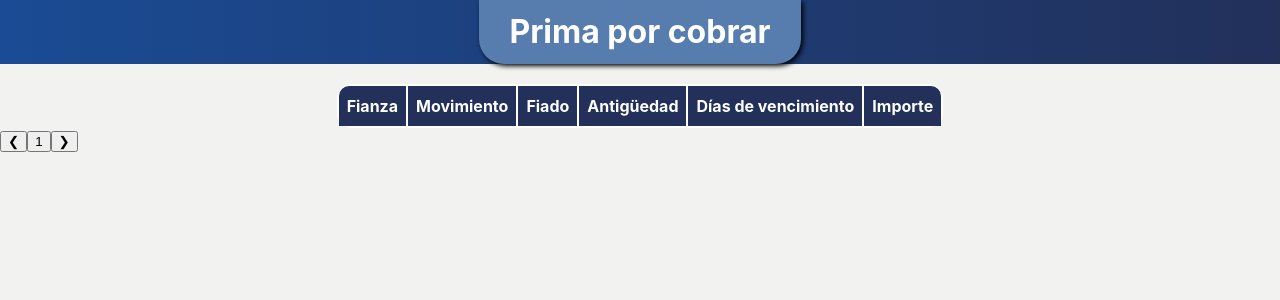
Repository: PCGP22/prueba-t-cnica-liberty-finanzas
Page: / (app in Prueba técnica full-stack/client/)
These files come from the project's save history. The page is drawn as it stood at one moment and after the next save; the edit follows.
The browser window is 1280 px wide. The pictures show the whole page.
The page's requests for data from a server got no answer. The project was rebuilt for these pictures with package versions that can differ from the ones it lists, and the page was loaded fresh each time. No one was signed in, and anything a server would have sent is missing. Also part of the build but not shown: Prueba técnica full-stack/client/vite.config.js, Prueba técnica full-stack/client/src/components/Card.jsx, Prueba técnica full-stack/client/src/components/CardsContainer.jsx, Prueba técnica full-stack/client/src/components/Filters.jsx.

Above is the page before, as saved 2023-11-14 08:14:59.

### Prueba técnica full-stack/client/src/App.jsx
import { dataContext } from "./context/dataContext";
import Table from "./components/Table";
import { useEffect, useReducer } from "react";
import Pagination from "./components/pagination";
import reducer from "./hooks/Reducer";
import Header from "./components/Header";

function App() {
  let url = "http://localhost:5000/primas";
  const initialState = {
    backupData: {},
    data: {},
    dataToShow: {},
    currentPage: 1,
    maxPages: 1,
    contentPerPage: 8,
  };

  const [state, dispatch] = useReducer(reducer, initialState);
  useEffect(() => {
    fetch(url)
      .then((res) => res.json())
      .then((data) => dispatch({ type: "initialize", payload: data.primas }));
  }, [url]);

  return (
    <dataContext.Provider value={[state, dispatch]}>
      <Header />
      <Table />
      <Pagination />
    </dataContext.Provider>
  );
}

export default App;

### Prueba técnica full-stack/client/src/index.css
:root {
  font-family: Inter, system-ui, Avenir, Helvetica, Arial, sans-serif;
  line-height: 1.5;
  font-weight: 400;
  --background-color: #f2f2f1;
  --darkest-blue: #22305a;
  --blue: #1a4b94;
  --light-blue: #577dae;
  --lightest-blue: #9fbde4;
  --status-red: #de7878;
  --status-yellow: #f6c476;
  --status-green: #8fc475;
  --icon-red: #b93d3d;
  --icon-green: #6cb85d;
  --text-blue: #3a689d;
  --text-red:  #af2e2c;
  --box-shadow: black 2px 2px 5px;
}
body, h1{
  margin: 0;
  padding: 0;
}
body{
  background-color:var(--background-color);
}
header{
  display: flex;
  flex-direction: column;
  align-items: center;
}
h1{
  display: inline-block;
  padding: 8px 30px;
  border-radius: 0 0 25px 25px;
  background-color: var(--light-blue);
  color:white;
  text-align: center;
  box-shadow: var(--box-shadow);
}

header{
  background-image: linear-gradient(to right,var(--blue), var(--darkest-blue));
  width: 100%;
}

.filters{
  margin-top: 40px;
  display: flex;
  gap: 40px;
  align-self: flex-start;
  padding-left: 5%;
}
.filters select{
  height: 40px;
  font-size: larger;
  border-radius: 5px;
  border: black 2px solid;
}

.cards{
  padding: 2% 5%;
  box-sizing: border-box;
  display: flex;
  justify-content: space-between;
  width: 100%;
}

.cards figure{
  background-color: var(--background-color);
  min-width: 250px;
  padding: 0.5% 2%;
  border-radius: 10px;
  box-shadow: var(--box-shadow);
}

.cards figure h3{
  margin: 0;
}

.cards figure > p{
  font-size: 1.8em;
  text-align: center;
}

.cards div{
  display: inline-flex;
  flex-wrap: wrap;
  max-width: 40%;
  align-items: center;
  justify-content: center;
  gap:20px;
}

.cards div p {
  margin: 0;
}

.cards div p:first-of-type {
  font-size: 1.5em;
}

.cards div p:last-of-type{
  font-size: 1.2em;
  margin: 0;
}

.icon{
  background-image: linear-gradient(to right,var(--blue), var(--darkest-blue));
  font-size: 1.5em;
  padding: 4px;
  border-radius: 50%;
}
.positive{
  color:var(--text-blue);
  margin-right: 20px;
}
.negative{
  color:var(--text-red);
  margin-left:20px;
}
.cross{
  color: var(--icon-red)
}
.check{
  color: var(--icon-green)
}

table{
  margin: auto;
  margin-top: 20px;
  background-color:white;
  border-radius:15px;
}
table tr:first-child{
  background-color:var(--darkest-blue);
  color:white;
}

table tr th:first-child{
  border-radius:10px 0 0 0;
}

table tr th:last-child{
  border-radius: 0 10px  0 0;
}
table tr th{
  padding: 8px;
}

td{
  padding: 2px 8px;
  border-spacing: 0;
  border-collapse: collapse;
  border: black solid 1px;
}

table tr:nth-child(2n){
  background-color:var(--lightest-blue)
}

### Prueba técnica full-stack/client/src/context/dataContext.js
import { createContext } from "react";

export const dataContext = createContext();

### Prueba técnica full-stack/client/src/components/Table.jsx
import { calculateAntiquityInDays } from "../utils/utils";
import { useContext } from "react";
import { dataContext } from "../context/dataContext";

function Table() {
  const [state, dispatch] = useContext(dataContext);

  return (
    <table>
      <tbody>
        <tr>
          <th>Fianza</th>
          <th>Movimiento</th>
          <th>Fiado</th>
          <th>Antigüedad</th>
          <th>Días de vencimiento</th>
          <th>Importe</th>
        </tr>
        {state.dataToShow.length > 0 &&
          state.dataToShow.map((t) => {
            let antiquity = calculateAntiquityInDays(
              t.datos["fecha de emisión"]
            );
            let daysSinceStale = calculateAntiquityInDays(
              t.datos["fecha de vencimiento"]
            );
            if (daysSinceStale < 0) daysSinceStale = 0;
            return (
              <tr key={t.datos.código_de_fianza}>
                <td>{t.datos.código_de_fianza}</td>
                <td>{t.datos.tipo_de_movimiento}</td>
                <td>{t.datos.fiado}</td>
                <td>{antiquity}</td>
                <td>{daysSinceStale}</td>
                <td>${t.datos.importe.toLocaleString()}</td>
              </tr>
            );
          })}
      </tbody>
    </table>
  );
}

export default Table;

### Prueba técnica full-stack/client/src/components/pagination.jsx
import { useContext } from "react";
import { dataContext } from "../context/dataContext";

function Pagination() {
  const [state, dispatch] = useContext(dataContext);

  //   return <button onClick={() => dispatch({ type: "change" })}>Cambiar</button>;
  //   const { state.maxPages, state.currentPage, setstate.CurrentPage, setNextPage, setPrevPage } =
  // useContext(dataContext);
  //This pagination is somewhat complex because I've used it before in bigger proyects.
  //First, it initializes the pagination buttons to the first 6 numbers except for the number 1
  //The reason it doesn't includes the first page is because the first and last page buttons are always shown
  let pagesButtons = [2, 3, 4, 5, 6];
  //while the current page stays on the first three pages, show all first 6
  //The reason for the if, it's that I want the first 6 buttons to be shown when returning from the latest pages
  if (
    state.currentPage === 1 ||
    state.currentPage === 2 ||
    state.currentPage === 3
  ) {
    pagesButtons = [2, 3, 4, 5, 6];
  }
  //As soon as we change to page 4 or more, let's follow the current page and
  //add two buttons to the left and two to the right
  if (state.currentPage >= 4) {
    pagesButtons = [
      state.currentPage - 2,
      state.currentPage - 1,
      state.currentPage,
      state.currentPage + 1,
      state.currentPage + 2,
    ];
  }
  //When approaching to the right end of the pagination, show the last 5 pages
  if (
    state.currentPage === state.maxPages - 1 ||
    state.currentPage === state.maxPages - 2 ||
    state.currentPage === state.maxPages
  ) {
    //The reason it doesn't includes the last page is because the first and last page buttons are always shown
    pagesButtons = [
      state.maxPages - 5,
      state.maxPages - 4,
      state.maxPages - 3,
      state.maxPages - 2,
      state.maxPages - 1,
    ];
  }
  return (
    <section className="pagination">
      <button
        //About the class: When in first or last page the navigation chevrons will have a special class
        //The same happens when the button is the current page
        className={`${state.currentPage === 1 && "disabled"}`}
        onClick={() => dispatch({ type: "prevPage" })}>
        ❮
      </button>
      {/* First button, always shown */}
      <button
        className={`${state.currentPage === 1 && "disabled"}`}
        onClick={() => dispatch({ type: "setPage", payload: 1 })}>
        1
      </button>
      {/* Adds three dots in case the current page is bigger than 4*/}
      {state.currentPage > 4 && <p>•••</p>}
      {/* Map through all pages defined in the first part*/}
      {pagesButtons.map((p) => {
        if (p > 1 && p < state.maxPages)
          return (
            <button
              className={`${state.currentPage === p && "disabled"}`}
              key={p}
              onClick={() => dispatch({ type: "setPage", payload: p })}>
              {p}
            </button>
          );
      })}
      {/* Adds three dots in case the current page is getting closer to the right end*/}
      {state.currentPage < state.maxPages - 3 && <p>•••</p>}
      {/* If there's more than 1 page, show always the last page*/}
      {state.maxPages > 1 && (
        <button
          className={`${state.currentPage === state.maxPages && "disabled"}`}
          onClick={() =>
            dispatch({ type: "setPage", payload: state.maxPages })
          }>
          {state.maxPages}
        </button>
      )}
      <button
        className={`${state.currentPage === state.maxPages && "disabled"}`}
        onClick={() => dispatch({ type: "nextPage" })}>
        ❯
      </button>
    </section>
  );
}

export default Pagination;

### Prueba técnica full-stack/client/src/hooks/Reducer.js
function reducer(state, action) {
  function divideData(data, currentPage, state) {
    let dividedData = data.slice(
      (currentPage - 1) * state.contentPerPage,
      currentPage * state.contentPerPage
    );
    return dividedData;
  }
  function calculateMaxPages(data, state) {
    let maxPages = Math.ceil(data.length / state.contentPerPage);
    return maxPages;
  }
  const { type, payload } = action;
  switch (type) {
    case "initialize":
      return {
        ...state,
        backupData: payload,
        data: payload,
        dataToShow: divideData(payload, 1, state),
        maxPages: calculateMaxPages(payload, state),
      };
    case "prevPage":
      if (state.currentPage > 1) {
        return {
          ...state,
          currentPage: state.currentPage - 1,
          dataToShow: divideData(state.data, state.currentPage - 1, state),
        };
      } else return state;
    case "nextPage":
      if (state.currentPage < state.maxPages) {
        return {
          ...state,
          currentPage: state.currentPage + 1,
          dataToShow: divideData(state.data, state.currentPage + 1, state),
        };
      } else return state;
    case "setPage":
      return {
        ...state,
        currentPage: payload,
        dataToShow: divideData(state.data, payload, state),
      };
    case "filter":
      if (payload.filter === "") {
        return { ...state, dataToShow: state.backupData };
      } else
        return {
          ...state,
          dataToShow: state.backupData.filter(
            (d) => d[payload.type] === payload.filter
          ),
        };
    default:
      return state;
  }
}

export default reducer;

### Prueba técnica full-stack/client/src/components/Header.jsx
import CardsContainer from "./CardsContainer";
import Filters from "./Filters";

function Header() {
  return (
    <header>
      <h1>Prima por cobrar</h1>
      <Filters />
      <CardsContainer />
    </header>
  );
}

export default Header;

### Prueba técnica full-stack/client/src/utils/utils.js
//This function calculates how many days have passed since a date
export function calculateAntiquityInDays(date) {
  let parsedDate = parseDate(date);
  const CONSTANT_Ms_TO_DAYS = 86400000;
  let today = new Date();
  let comparisonDate = new Date(parsedDate);
  return Math.trunc((today - comparisonDate) / CONSTANT_Ms_TO_DAYS) - 1;
}

//transforms the date DD/MM/YYYY to an acceptable MM/DD/YYYY
function parseDate(date) {
  let stringToArray = date.split("/");
  let temp = stringToArray[0];
  stringToArray[0] = stringToArray[1];
  stringToArray[1] = temp;
  return stringToArray.join("/");
}

Loaded but not shown: Prueba técnica full-stack/client/index.html (common file); Prueba técnica full-stack/client/src/main.jsx (common file)

After the next save:
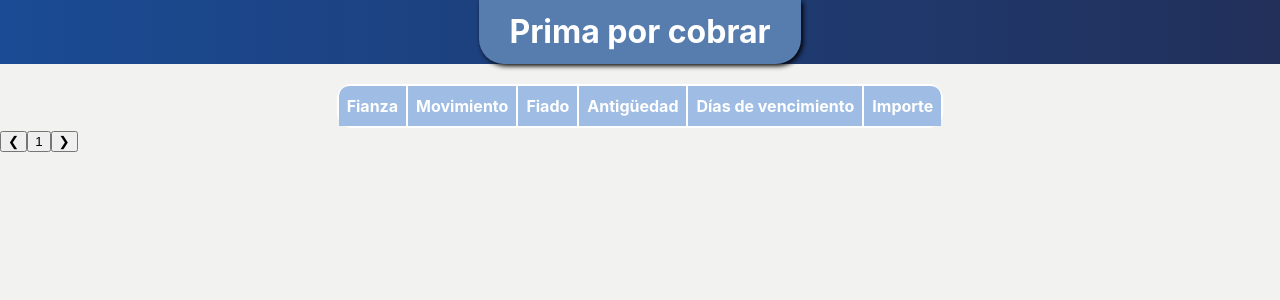
Saved 12 s later.
--- a/Prueba técnica full-stack/client/src/index.css
+++ b/Prueba técnica full-stack/client/src/index.css
@@ -154,6 +154,6 @@
   border: black solid 1px;
 }
 
-table tr:nth-child(2n){
+table tr:nth-child(2n+1){
   background-color:var(--lightest-blue)
 }

After the save that followed:
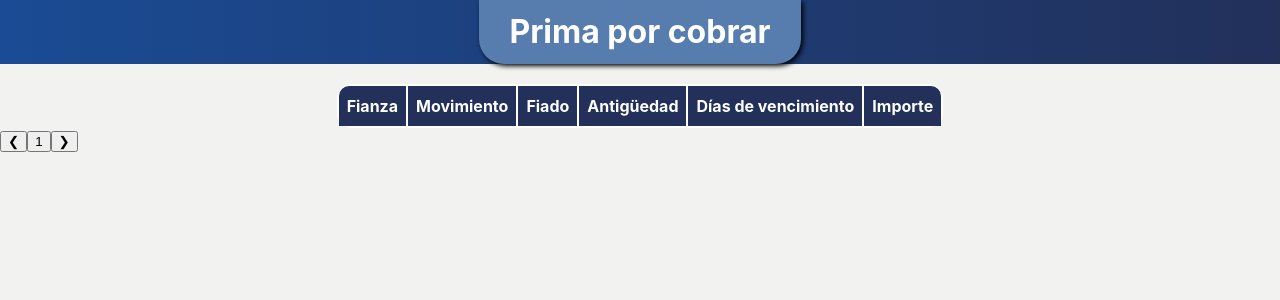
Saved 6 s later.
--- a/Prueba técnica full-stack/client/src/index.css
+++ b/Prueba técnica full-stack/client/src/index.css
@@ -154,6 +154,6 @@
   border: black solid 1px;
 }
 
-table tr:nth-child(2n+1){
+table tr:nth-child(3n){
   background-color:var(--lightest-blue)
 }
